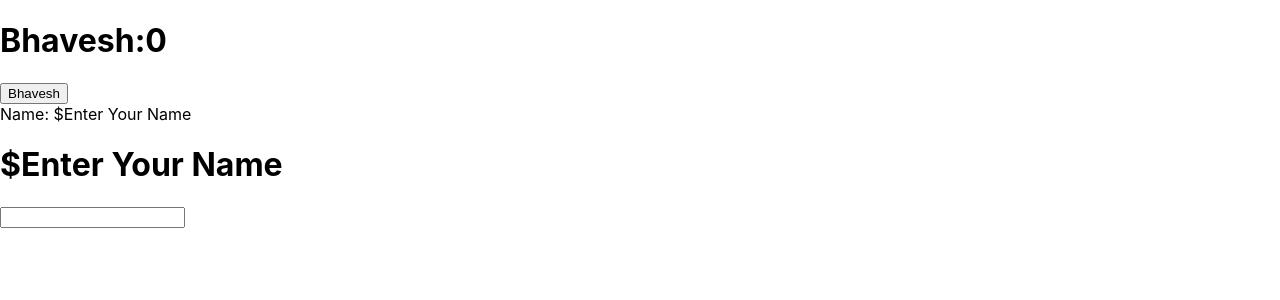
Repository: bhaveshtrades/reactpractice
Page: / (app in reactpractice/)
An editor plug-in stored every save of this project. The page is shown before and after the next save, followed by the edit.
The browser window is 1280 px wide. The pictures show the whole page.
The project was rebuilt for these pictures with package versions that can differ from the ones it lists, and the page was loaded fresh each time. Also part of the build but not shown: reactpractice/src/App.css.

Above is the page before, as saved 2022-08-22 00:54:49.

After the next save:
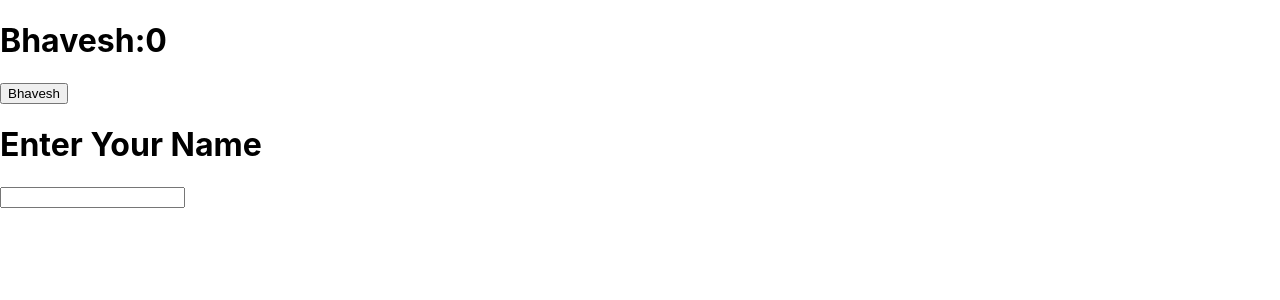
Saved 52 s later.
--- a/reactpractice/src/components/Entername.jsx
+++ b/reactpractice/src/components/Entername.jsx
@@ -7,8 +7,7 @@ function Entername() {
 
   return (
     <div>
-    <label htmlFor="name">Name: ${name}</label>
-    <h1>${name}</h1>
+    <h1>{name}</h1>
       <input type="text" onClick={(e)=>setName(e.target.value)}/>
     </div>
   )
